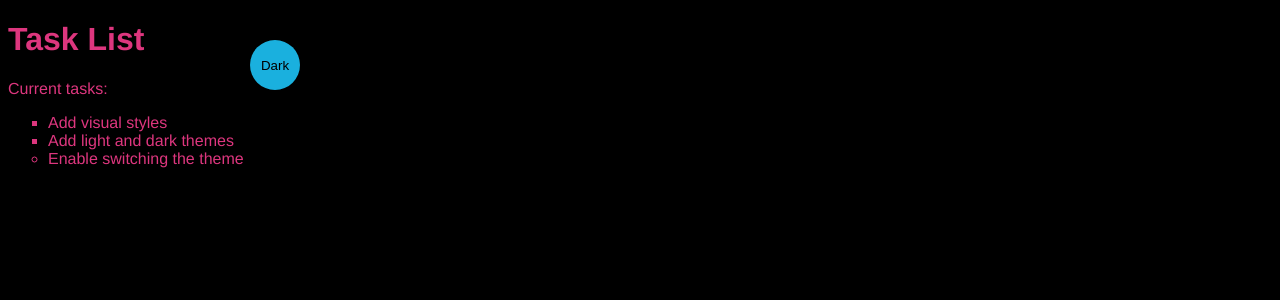
Repository: MaggieMengXingchen/Class-4
Page: index.html
These files come from the project's save history. The page is drawn as it stood at one moment and after the next save; the edit follows.
The browser window is 1280 px wide. The pictures show the whole page.

Above is the page before, as saved 2024-02-20 15:14:12.

After the next save:
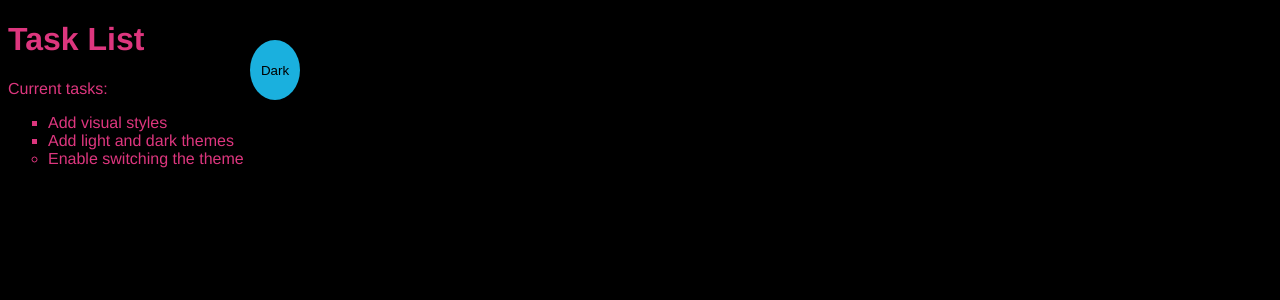
Saved 4 s later.
--- a/main.css
+++ b/main.css
@@ -19,7 +19,7 @@ li {
     position: absolute; /* 设置按钮位置为绝对定位 */
     top: 40px; /* 设置按钮距离顶部20像素 */
     left: 250px; /* 设置按钮距离左边250像素 */
-    height: 50px; /* 设置按钮高度为50像素 */
+    height: 60px; /* 设置按钮高度为50像素 */
     width: 50px; /* 设置按钮宽度为50像素 */
     border-radius: 50%; /* 设置按钮边角为圆形 */
     border: none; /* 设置按钮无边框 */
